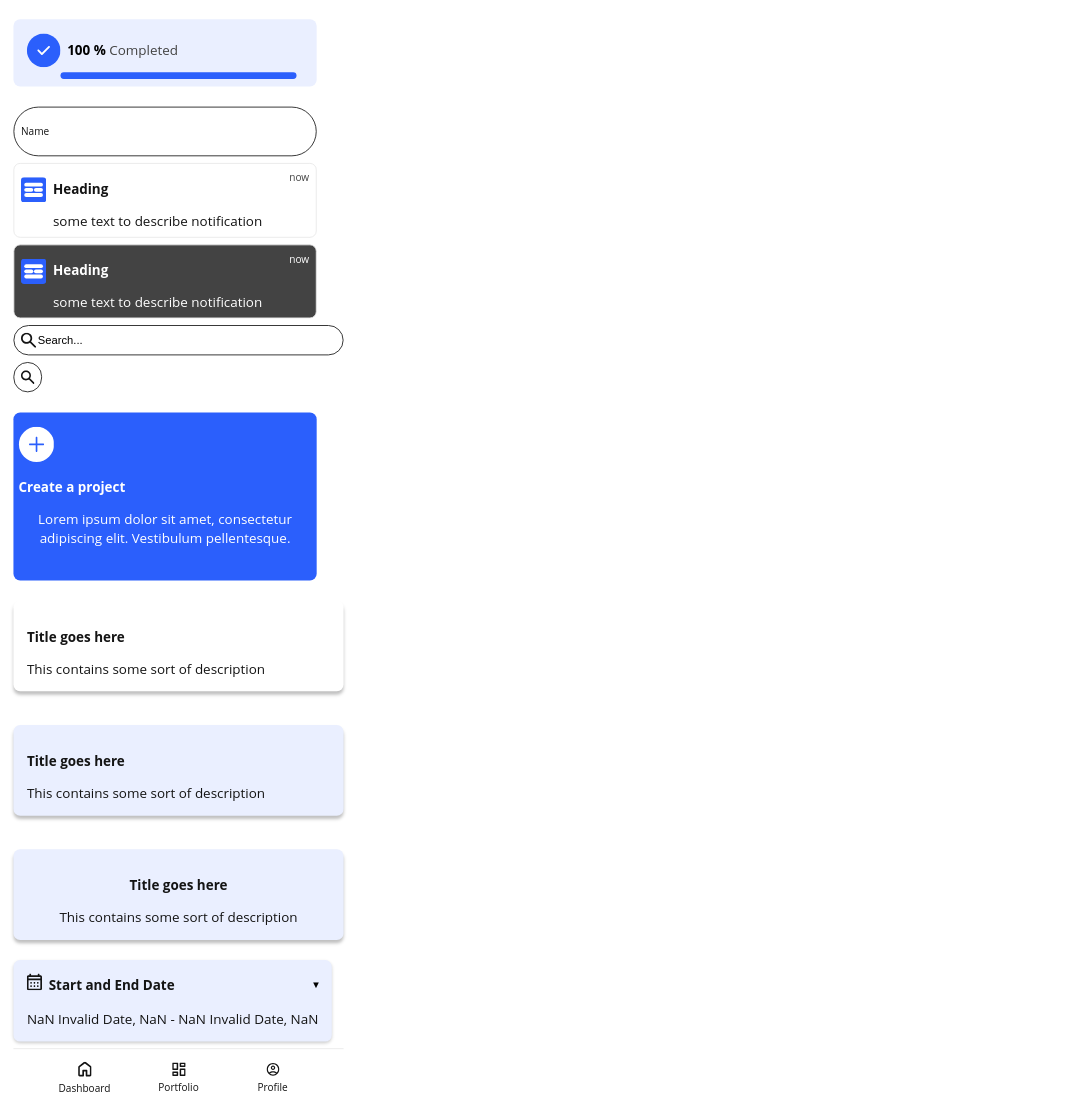
Repository: brunaguarizo/mosaic_app
Page: /
An editor plug-in stored every save of this project. The page is shown before and after the next save, followed by the edit.
The browser window is 1280 px wide. The pictures show the whole page, at 84% of full size.
The project was rebuilt for these pictures with package versions that can differ from the ones it lists, and the page was loaded fresh each time. The framework's server and built-in components were replaced by stand-ins that run in the browser. Also part of the build but not shown: next.config.mjs, app/_ui/Button/Button.js, app/_ui/Tag/Tag.js, app/_ui/Project_card/Project_card.js, app/_ui/Date_PopUp/Date_PopUp.module.css, app/_ui/Date_PopUp/Date_PopUp.js.

Above is the page before, as saved 2025-04-18 20:19:50.

After the next save:
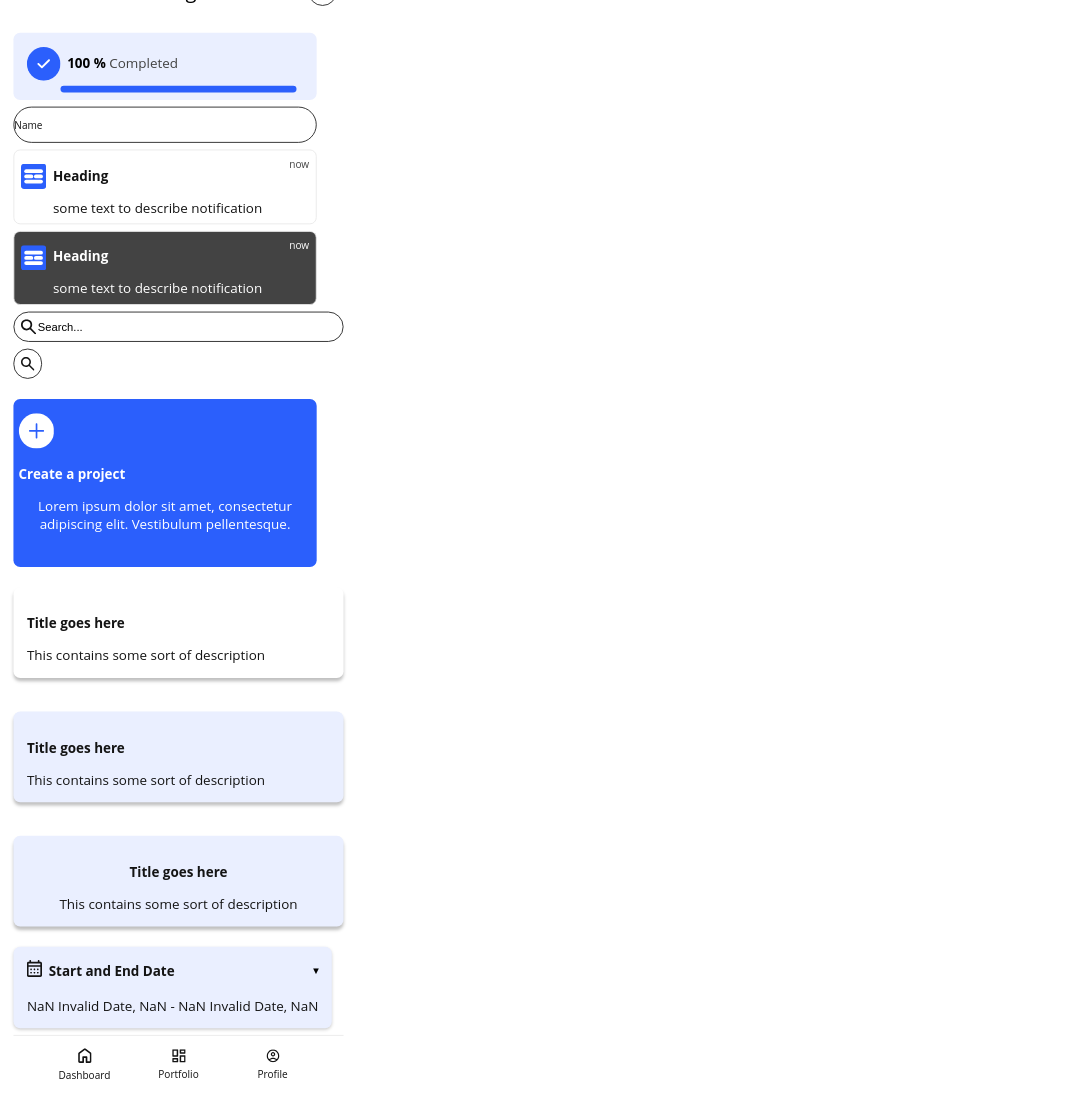
Saved 64 s later.
--- a/app/_ui/Input_Box/Input_Box.module.css
+++ b/app/_ui/Input_Box/Input_Box.module.css
@@ -6,14 +6,6 @@
 
 .hidden {
     display: none;
-}
-
-.secondary {
-    border: 1px solid var(--black);
-    padding: 8px;
-    margin-top: var(--space-regular);
-    border-radius: 100px;
-    width: 361px;
 }
 
 .input_name {

After the save that followed:
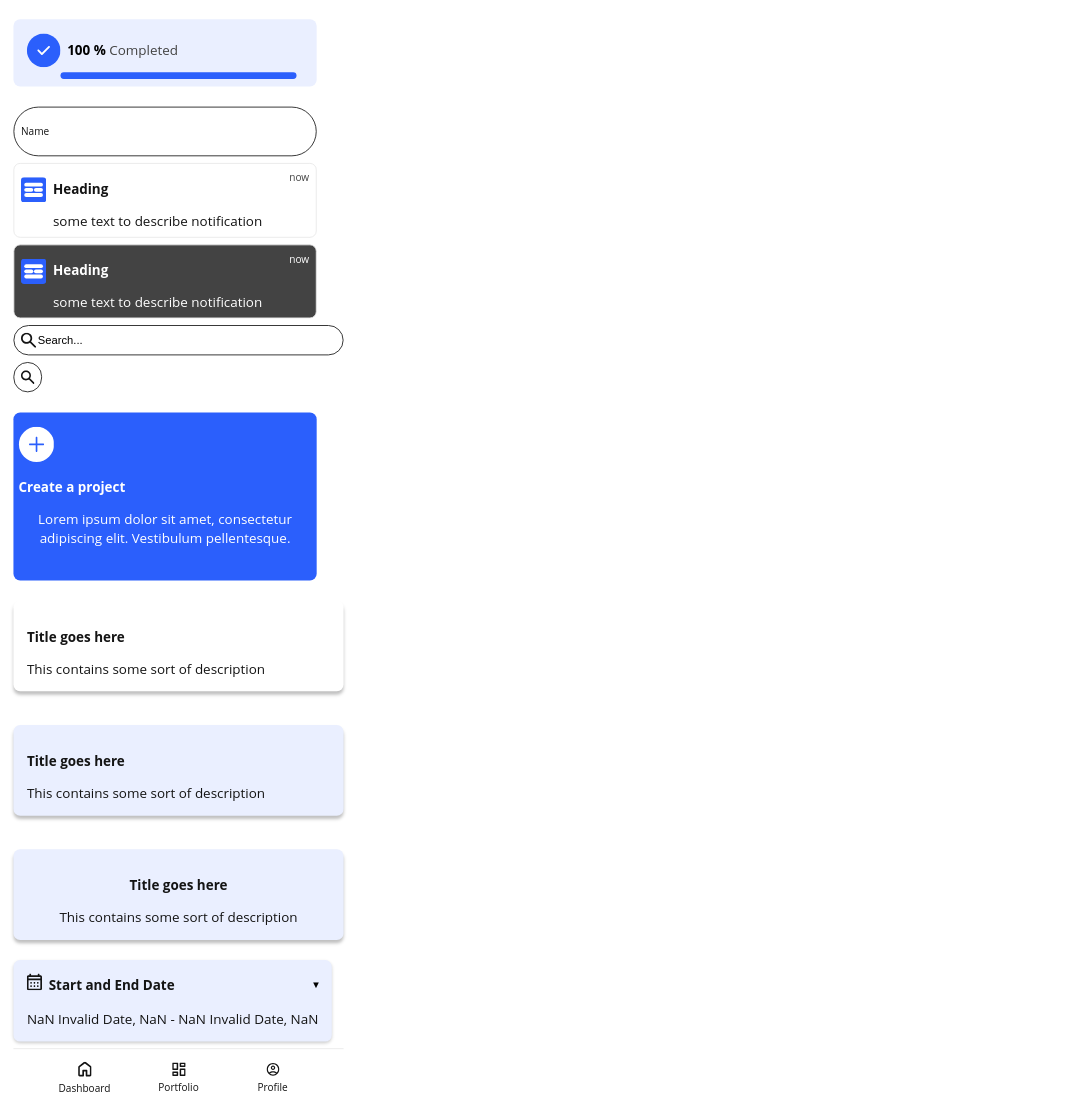
Saved 10 s later.
--- a/app/_ui/Input_Box/Input_Box.module.css
+++ b/app/_ui/Input_Box/Input_Box.module.css
@@ -6,6 +6,14 @@
 
 .hidden {
     display: none;
+}
+
+.secondary {
+    border: 1px solid var(--black);
+    padding: 8px;
+    margin-top: var(--space-regular);
+    border-radius: 100px;
+    width: 361px;
 }
 
 .input_name {
